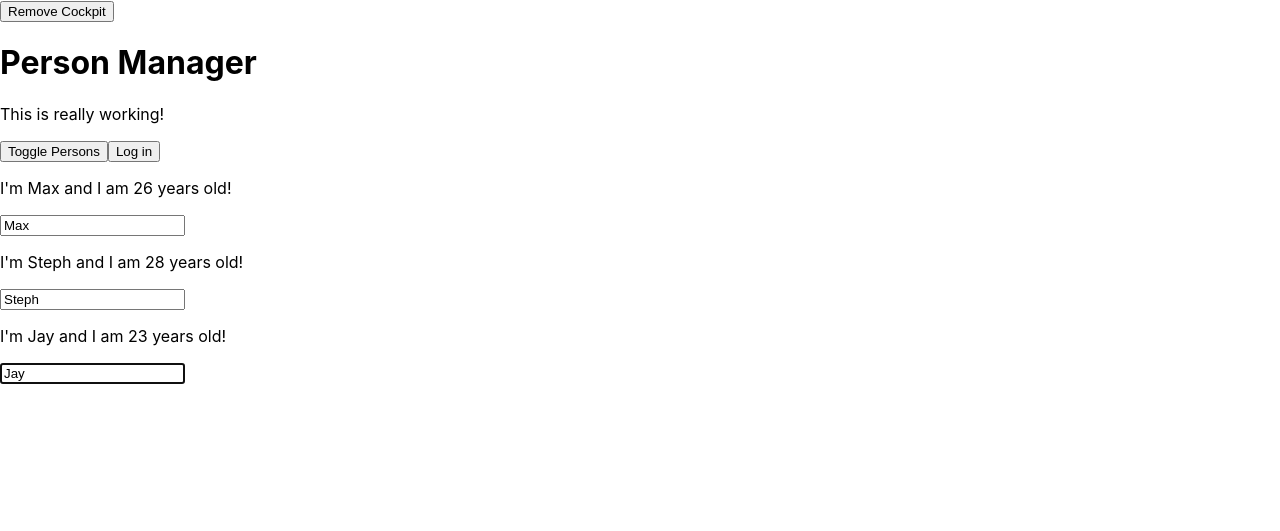
Repository: legil/first-react-app
Page: /
An editor plug-in stored every save of this project. The page is shown before and after the next save, followed by the edit.
The browser window is 1280 px wide. The pictures show the whole page.
The project was rebuilt for these pictures with package versions that can differ from the ones it lists, and the page was loaded fresh each time. Also part of the build but not shown: src/containers/App.css, src/components/Persons/Person/Person.css, src/components/Cockpit/Cockpit.css.

Above is the page before, as saved 2019-04-10 21:50:10.

After the next save:
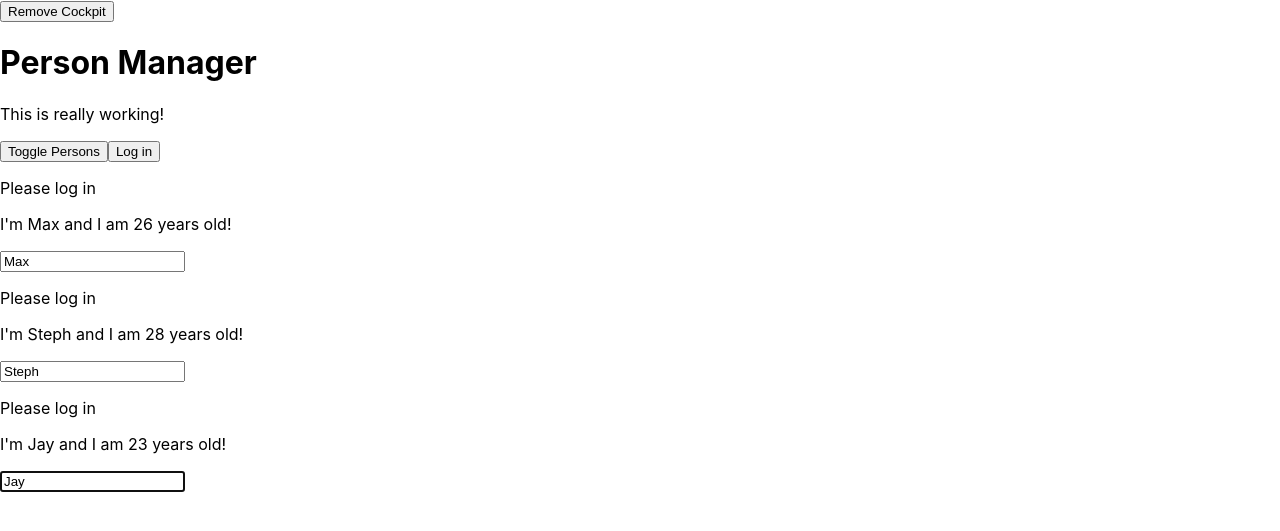
Saved 60 s later.
--- a/src/components/Persons/Person/Person.js
+++ b/src/components/Persons/Person/Person.js
@@ -23,6 +23,7 @@ class Person extends Component{
     console.log('[Person.js] rendering ...');
         return (
         <Aux>
+            {this.props.isAuth ? <p>Authenticated!</p> : <p>Please log in</p>}
             <p key = "i1" onClick={this.props.click}>I'm {this.props.name} and I am {this.props.age} years old!</p>
             <p key = "i2">{this.props.children}</p>
             <input key ="i3"
